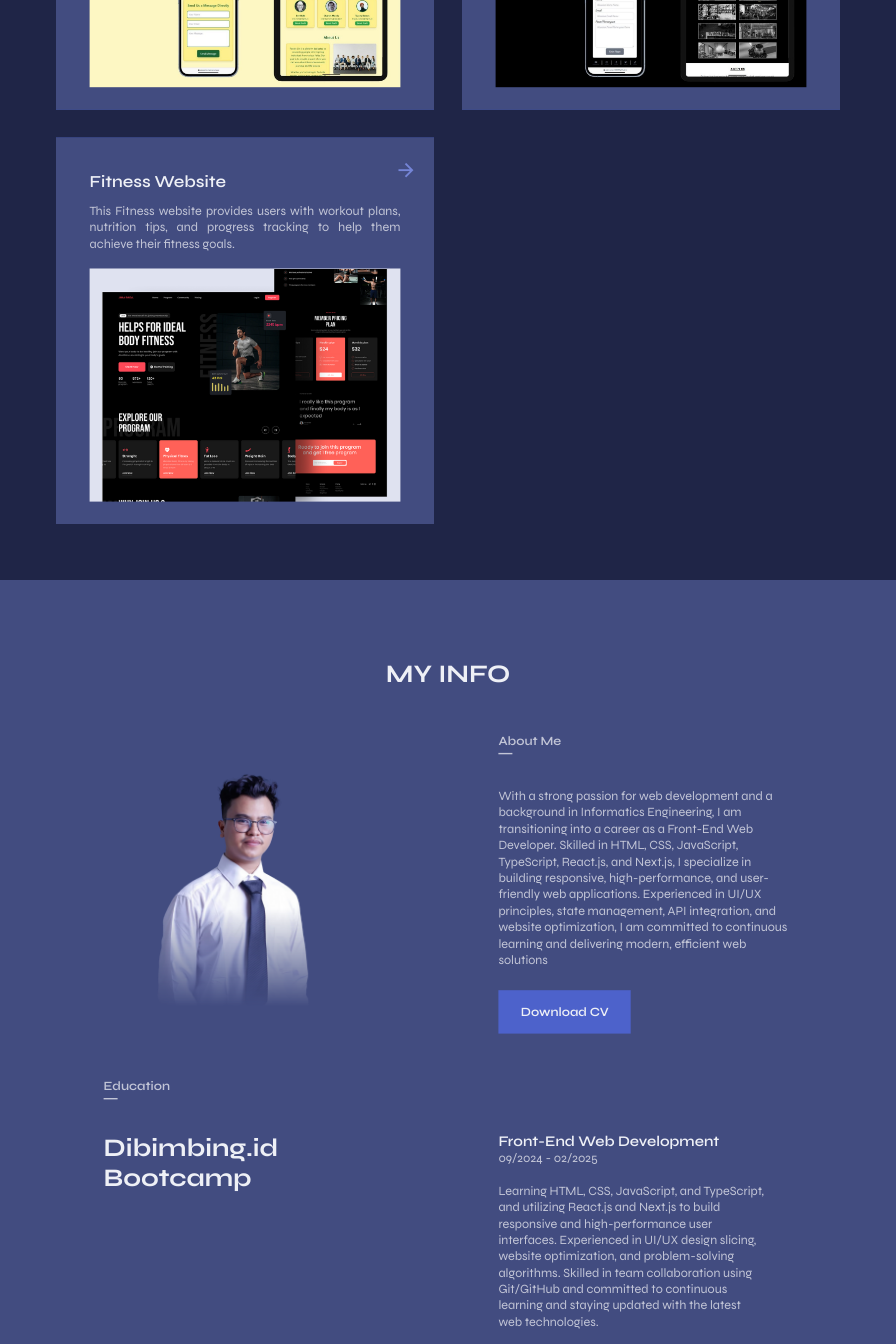
Repository: Ademaulana100499/amgrowth
Page: /
These files come from the project's save history. The page is drawn as it stood at one moment and after the next save; the edit follows.
The browser window is 1280 px wide. The pictures show the part of the page from y = 2281 to 4201 px (the page is 7588 px tall before and 7532 px after), at 70% of full size.
Some web fonts or font styles are not loaded; a fallback is used. The project was rebuilt for these pictures with package versions that can differ from the ones it lists, and the page was loaded fresh each time. Also part of the build but not shown: vite.config.js.

Above is the page before, as saved 2025-02-19 16:31:34.

After the next save:
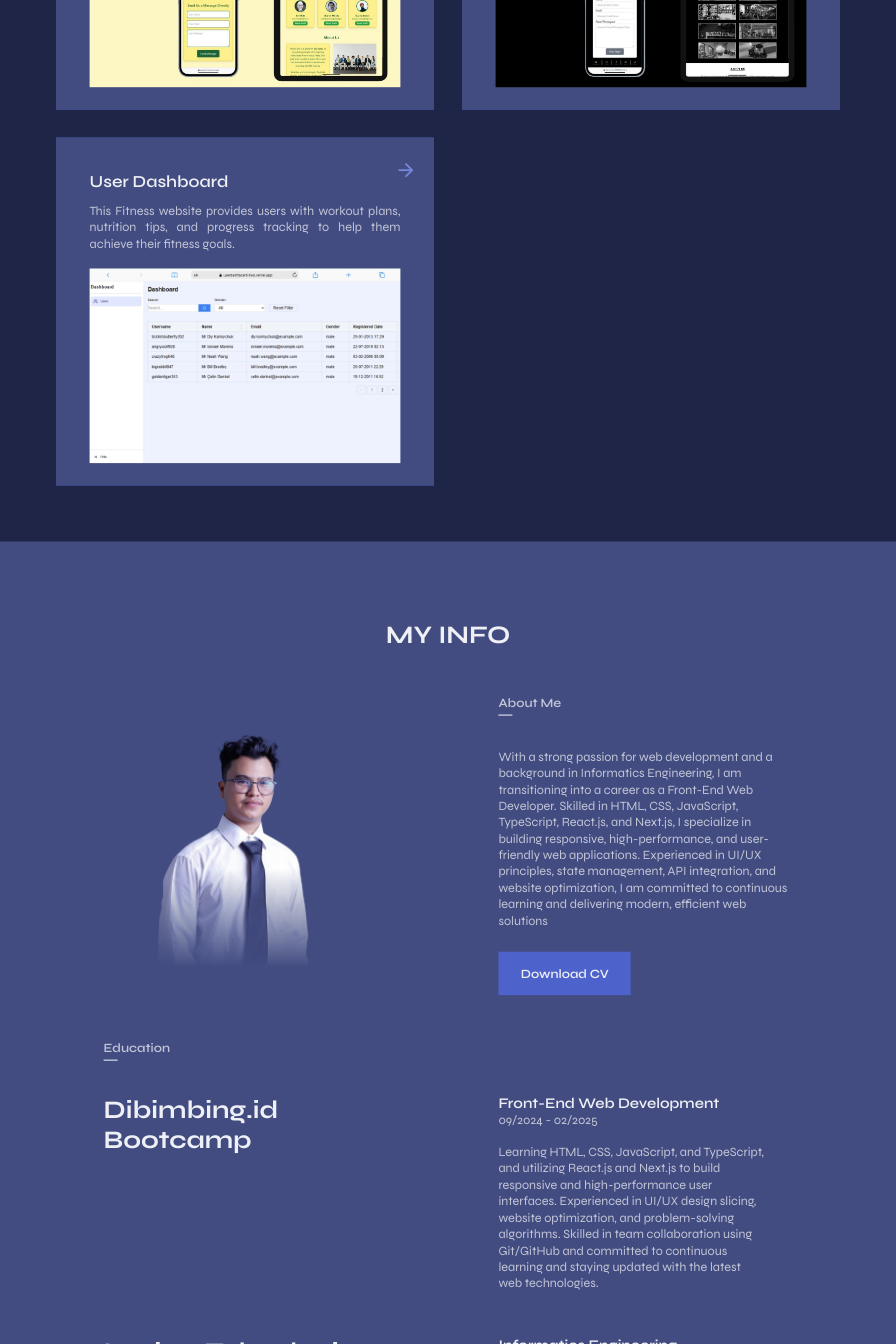
Saved 4 min 8 s later.
--- a/src/App.jsx
+++ b/src/App.jsx
@@ -60,10 +60,10 @@
     },
     {
       id: 5,
-      title: "Fitness Website",
+      title: "User Dashboard",
       description:
         "This Fitness website provides users with workout plans, nutrition tips, and progress tracking to help them achieve their fitness goals.",
-      image: "/assets/img/fittnes web.avif",
+      image: "/assets/img/userdashboard.jpg",
     },
   ];
   const experience = [
